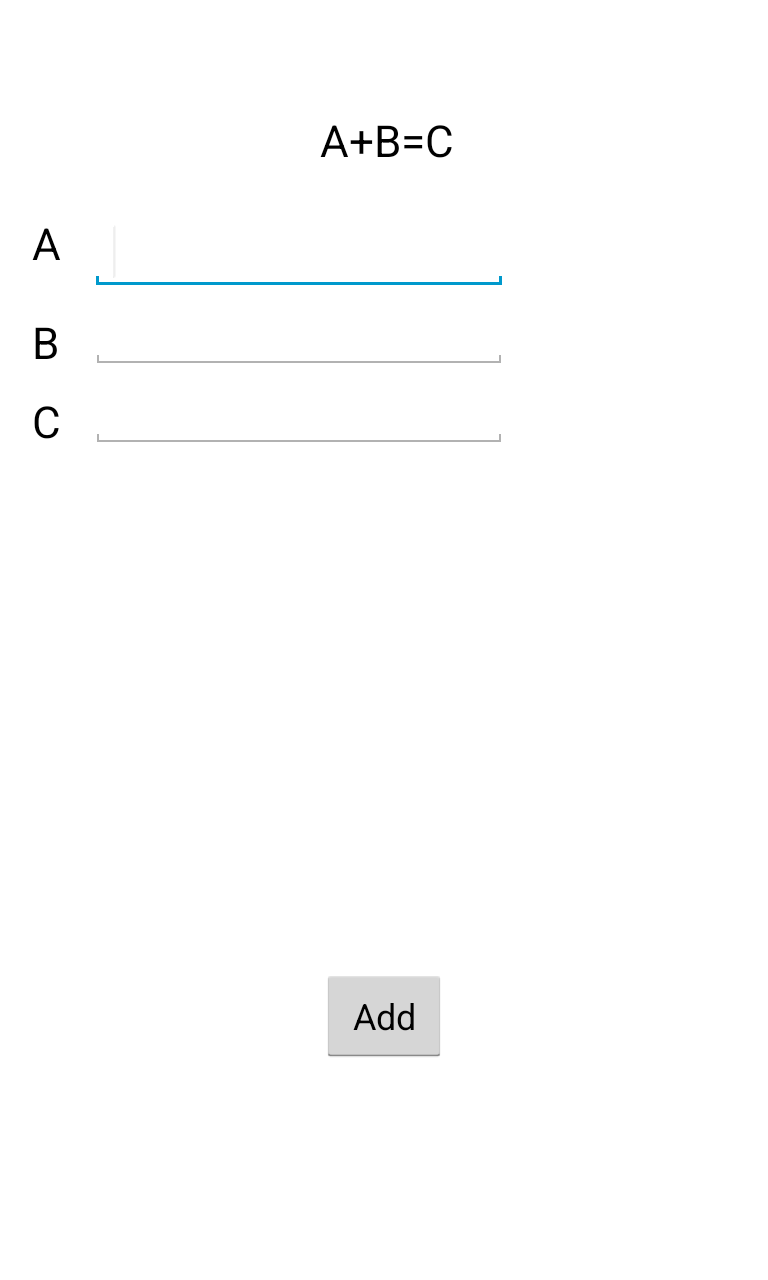
Repository: dtri123/Equation-Station
Layout: TheEquationStation/res/layout/addition_page.xml
The author's editor kept a copy of each file at every save. The layout is drawn from the files as they stood at one save, then again after the next save.
It is drawn on a 768 x 1280 px phone screen (xhdpi) without system bars, with theme AppTheme; the app's code is not run.

Above is the layout before, as saved 2013-07-17 18:04:55.

### TheEquationStation/res/layout/addition_page.xml
<?xml version="1.0" encoding="utf-8"?>
<RelativeLayout xmlns:android="http://schemas.android.com/apk/res/android"
    xmlns:tools="http://schemas.android.com/tools"
    android:layout_width="match_parent"
    android:layout_height="match_parent"
    android:paddingBottom="@dimen/activity_vertical_margin"
    android:paddingLeft="@dimen/activity_horizontal_margin"
    android:paddingRight="@dimen/activity_horizontal_margin"
    android:paddingTop="@dimen/activity_vertical_margin"
    tools:context=".Addition_Page" >

     <Button
        android:id="@+id/button_add"
        android:layout_width="wrap_content"
        android:layout_height="wrap_content"
        android:layout_alignParentBottom="true"
        android:layout_centerHorizontal="true"
        android:layout_marginBottom="92dp"
        android:text="Add" />

     <TextView
        android:id="@+id/textView2"
        android:layout_width="wrap_content"
        android:layout_height="wrap_content"
        android:layout_above="@+id/button2"
        android:layout_centerHorizontal="true"
        android:layout_marginBottom="16dp"
        android:text=""
        android:textAppearance="?android:attr/textAppearanceMedium" />

    <EditText
        android:id="@+id/editText3"
        android:layout_width="wrap_content"
        android:layout_height="wrap_content"
        android:layout_alignLeft="@+id/editText2"
        android:layout_below="@+id/editText2"
        android:ems="10"
        android:inputType="numberDecimal" />

    <EditText
        android:id="@+id/editText2"
        android:layout_width="wrap_content"
        android:layout_height="wrap_content"
        android:layout_alignLeft="@+id/editText1"
        android:layout_below="@+id/editText1"
        android:ems="10"
        android:inputType="numberDecimal" />

    <TextView
        android:id="@+id/textView1"
        android:layout_width="wrap_content"
        android:layout_height="wrap_content"
        android:layout_alignLeft="@+id/button_add"
        android:layout_alignTop="@+id/textView2"
        android:layout_marginTop="39dp"
        android:text="A+B=C"
        android:textAppearance="?android:attr/textAppearanceLarge" />

    <EditText
        android:id="@+id/editText1"
        android:layout_width="wrap_content"
        android:layout_height="wrap_content"
        android:layout_below="@+id/textView1"
        android:layout_marginTop="22dp"
        android:layout_toRightOf="@+id/textView4"
        android:ems="10"
        android:inputType="numberDecimal" >

        <requestFocus />
    </EditText>

    <TextView
        android:id="@+id/textView4"
        android:layout_width="wrap_content"
        android:layout_height="wrap_content"
        android:layout_above="@+id/editText3"
        android:layout_marginRight="15dp"
        android:text="B"
        android:textAppearance="?android:attr/textAppearanceLarge" />

    <TextView
        android:id="@+id/TextView01"
        android:layout_width="wrap_content"
        android:layout_height="wrap_content"
        android:layout_alignBottom="@+id/editText3"
        android:layout_alignLeft="@+id/textView4"
        android:text="C"
        android:textAppearance="?android:attr/textAppearanceLarge" />

    <TextView
        android:id="@+id/textView3"
        android:layout_width="wrap_content"
        android:layout_height="wrap_content"
        android:layout_alignLeft="@+id/textView4"
        android:layout_alignTop="@+id/editText1"
        android:text="A"
        android:textAppearance="?android:attr/textAppearanceLarge" />

</RelativeLayout>

Loaded but not shown: TheEquationStation/res/values/styles.xml (common file); TheEquationStation/res/values-v11/styles.xml (common file); TheEquationStation/res/values-v14/styles.xml (common file); TheEquationStation/res/values/dimens.xml (common file)

After the next save:
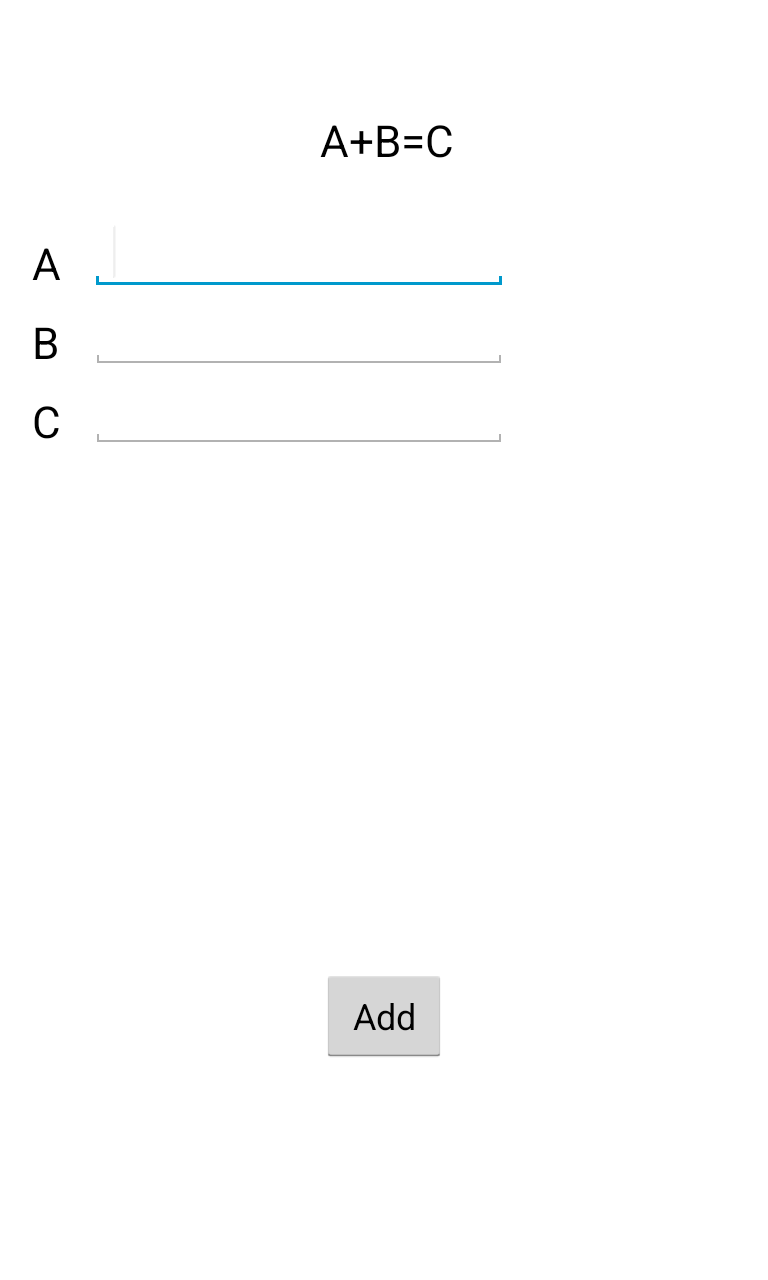
Saved 10 s later.
--- a/TheEquationStation/res/layout/addition_page.xml
+++ b/TheEquationStation/res/layout/addition_page.xml
@@ -92,7 +92,7 @@
         android:layout_width="wrap_content"
         android:layout_height="wrap_content"
         android:layout_alignLeft="@+id/textView4"
-        android:layout_alignTop="@+id/editText1"
+        android:layout_alignBottom="@+id/editText1"
         android:text="A"
         android:textAppearance="?android:attr/textAppearanceLarge" />
 
